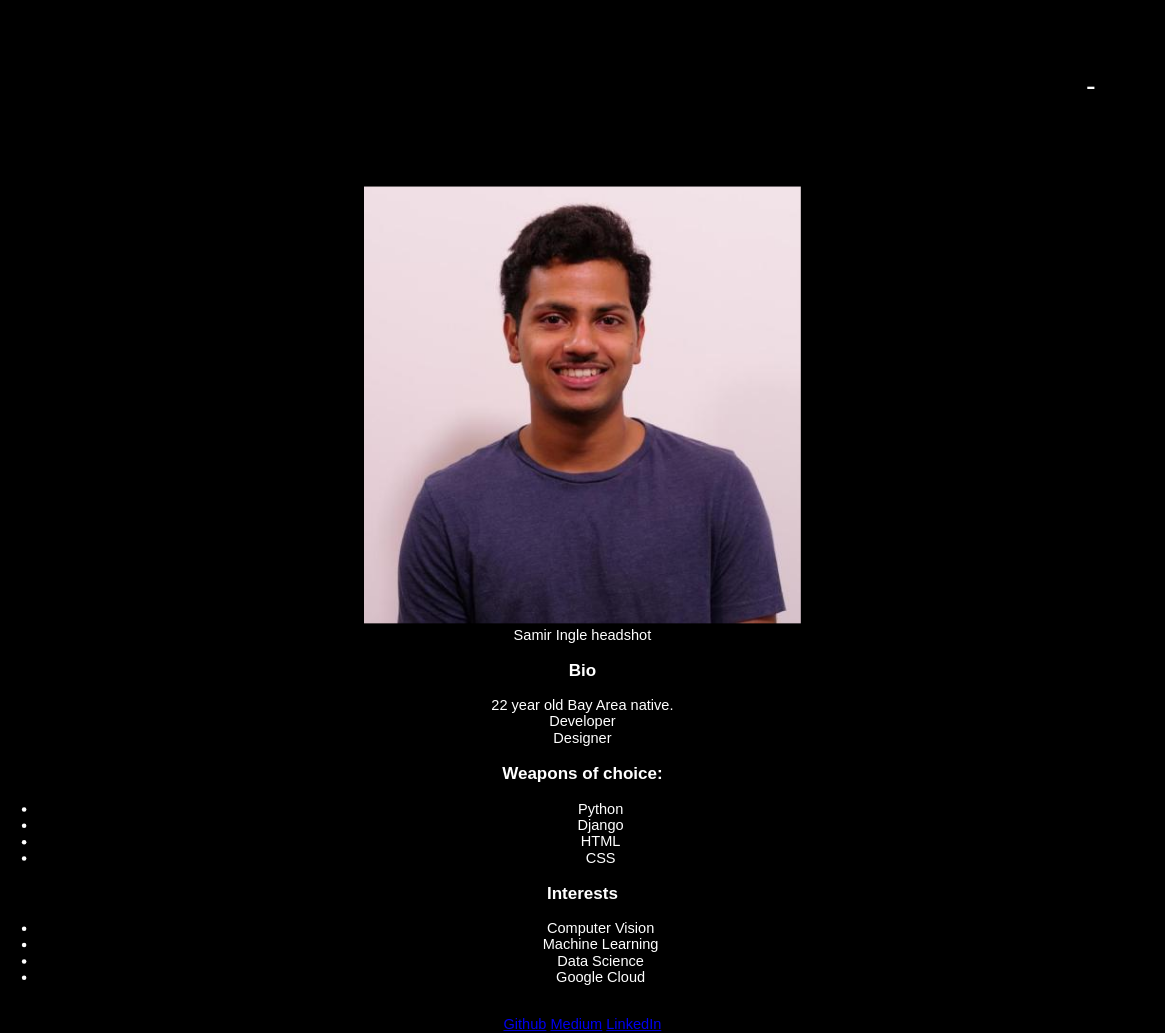
Repository: SamirIngley/html-semantic
Page: about.html
The author's editor kept a copy of each file at every save. The page is drawn from the files as they stood at one save, then again after the next save.
The browser window is 1280 px wide. The pictures show the whole page, at 91% of full size.

Above is the page before, as saved 2020-01-30 09:23:17.

After the next save:
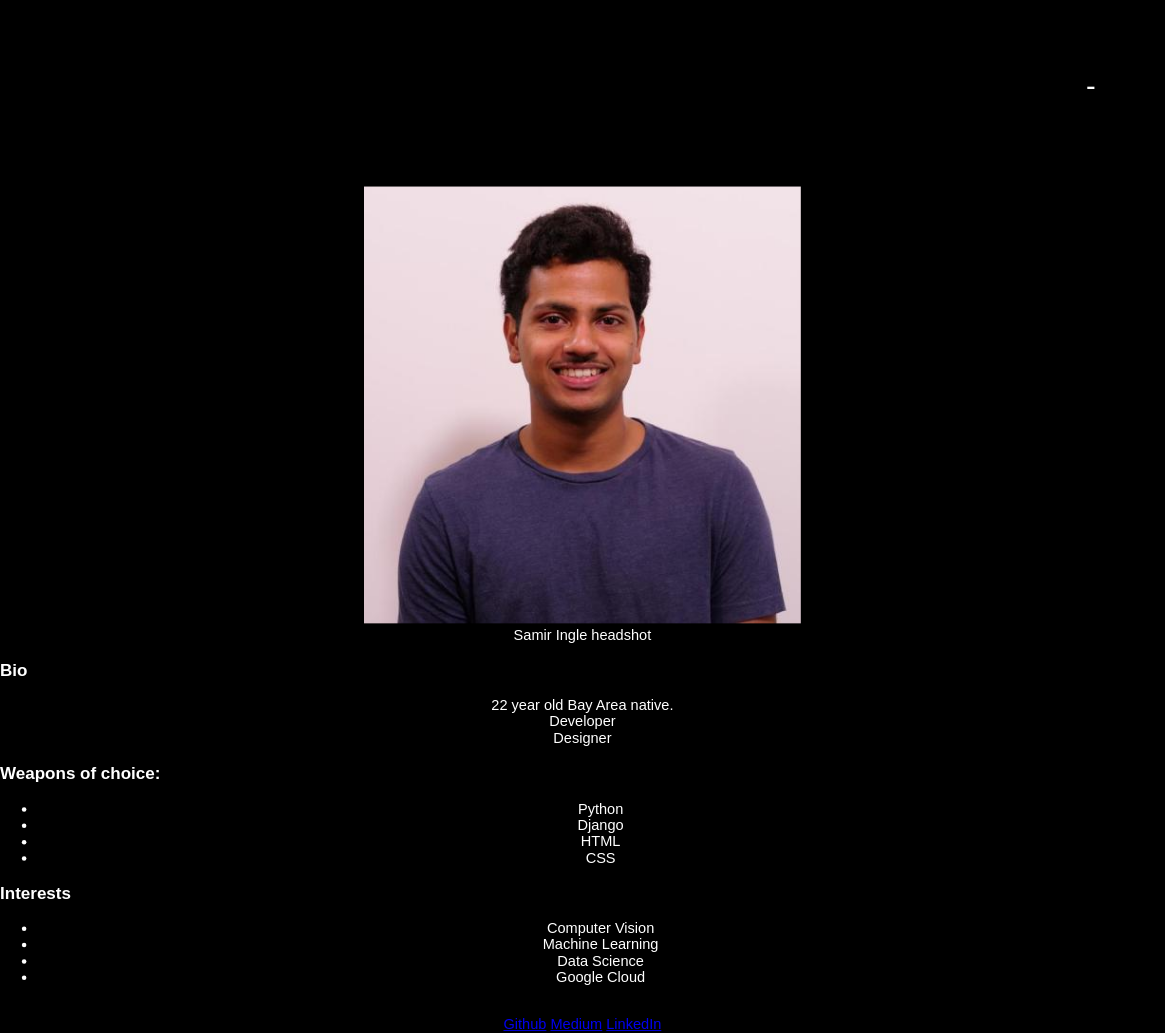
Saved 81 s later.
--- a/style.css
+++ b/style.css
@@ -41,6 +41,8 @@
     padding: 1em;
 }
 h3 {
+  display: flex;
+  list-style: none;
   text-decoration: none;
 }
 

After the 2 saves that followed:
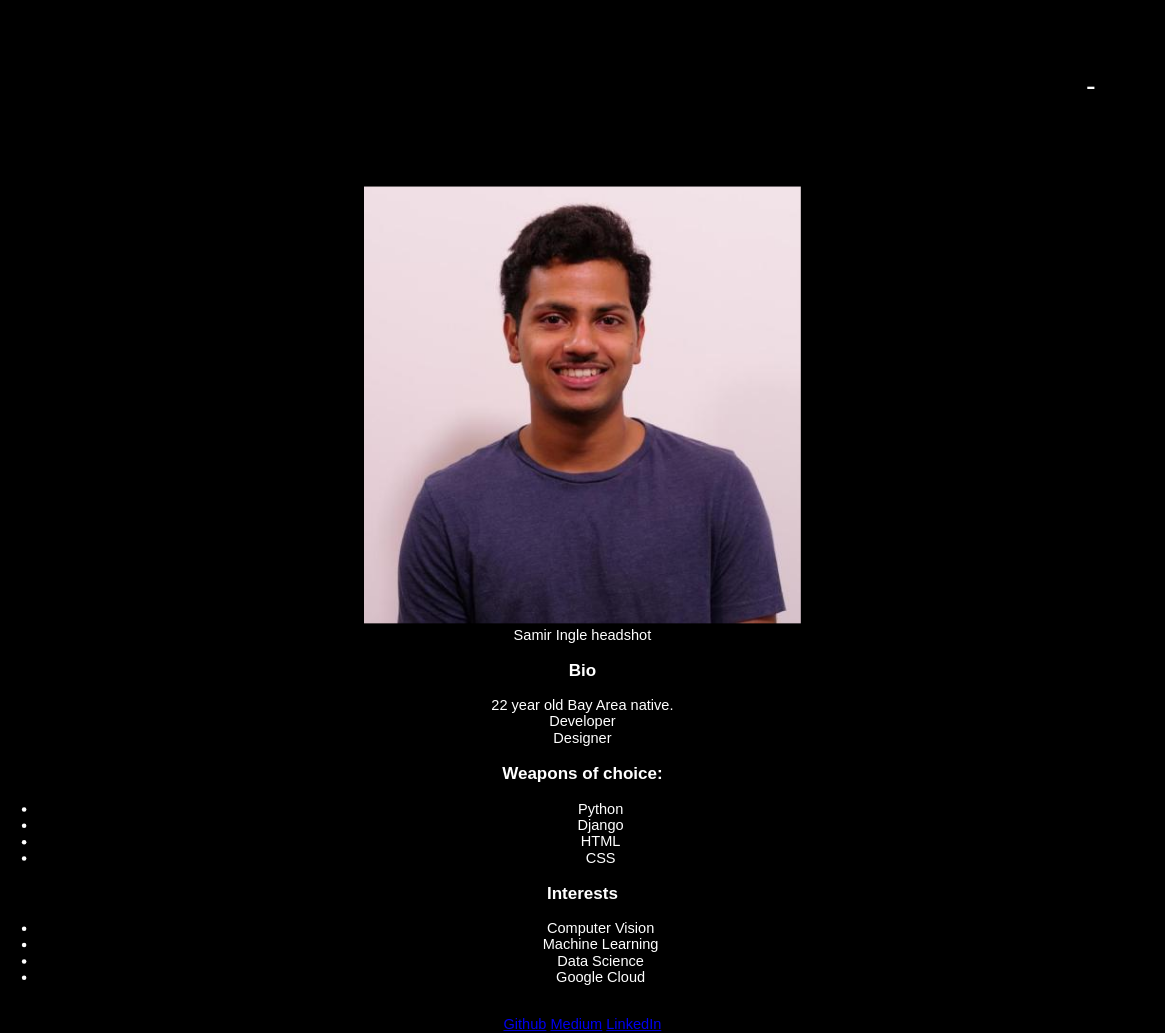
The 2 saves are shown as one change because they came seconds apart.
The last was saved 9 s later.
--- a/style.css
+++ b/style.css
@@ -41,8 +41,6 @@
     padding: 1em;
 }
 h3 {
-  display: flex;
-  list-style: none;
   text-decoration: none;
 }
 
